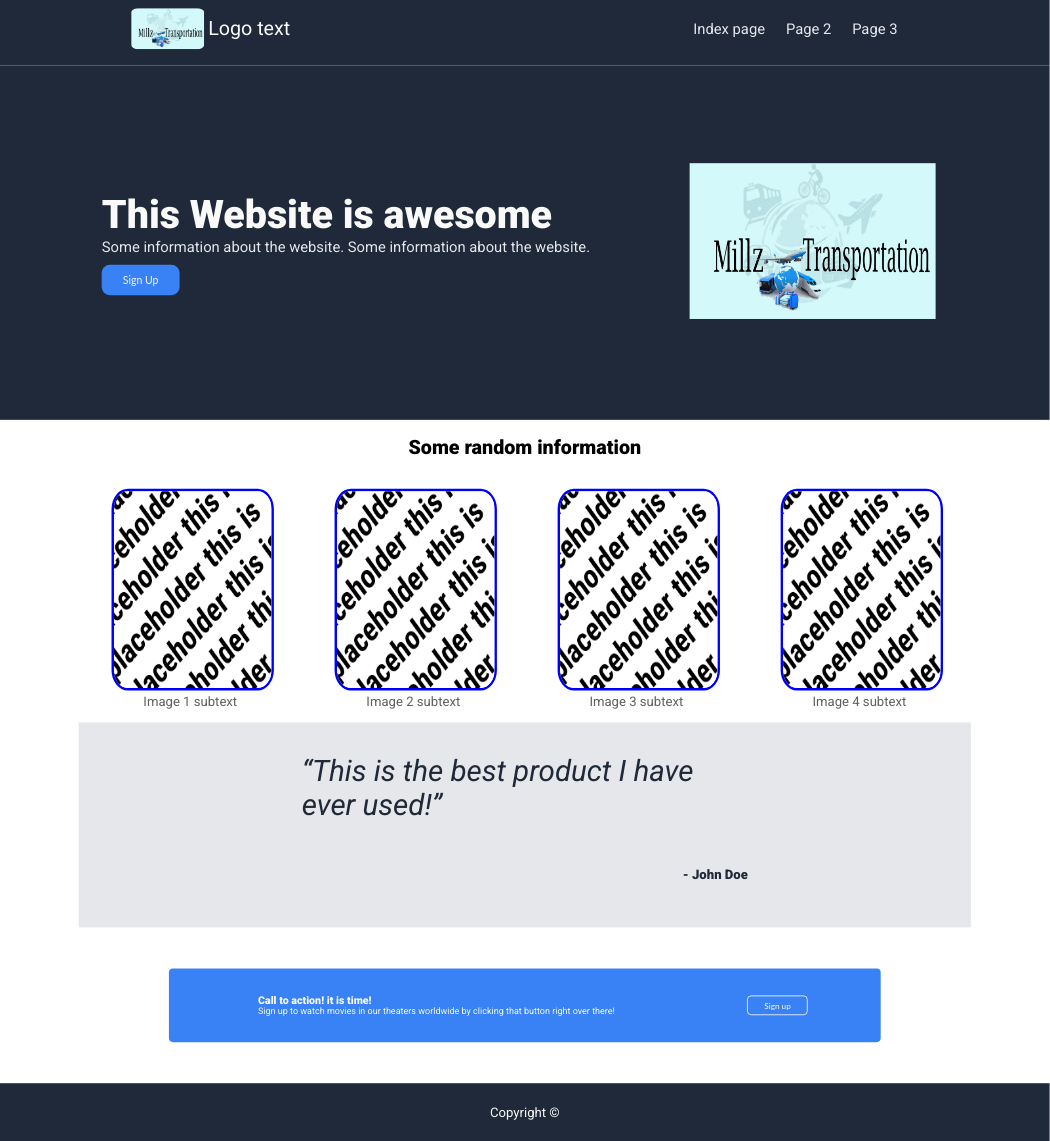
Repository: MikkyPrestige/css-assignment
Page: index.html
An editor plug-in stored every save of this project. The page is shown before and after the next save, followed by the edit.
The browser window is 1280 px wide. The pictures show the whole page, at 82% of full size.

Above is the page before, as saved 2023-04-27 03:14:39.

### index.html
<!DOCTYPE html>
<html lang="en">

<head>
  <meta charset="UTF-8">
  <meta http-equiv="X-UA-Compatible" content="IE=edge">
  <meta name="viewport" content="width=device-width, initial-scale=1.0">
  <link rel="stylesheet" href="./styles/index.css">
  <title>Assignment</title>
</head>

<body>
  <header>
    <div class="header">
      <div class="header-logo">
        <img src="./images/TransportationIcon3.jpg" alt="Company logo">
        <p>Logo text</p>
      </div>
      <nav>
        <a class="header-link" href="./index.html">Index page</a>
        <a class="header-link" href="./pages/extraPage1.html">Page 2</a>
        <a class="header-link" href="./pages/extraPage2.html">Page 3</a>
      </nav>
    </div>
  </header>

  <main>
    <!-- Claimed by Ashley -->
    <div class="Section_1">
      <div class="Header_body">
        <div class="Header_content">
          <div class="Header_title">
            This Website is awesome
          </div>
          <div class="Header_text">
            Some information about the website. Some information about the website.
          </div>
          <button class="Header_btn">Sign Up</button>
        </div>
        <figure class="Header_image">
          <img class="headerImage" src="./images/TransportationIcon3.jpg" alt="icon" >
        </figure>
      </div>
    </div>

    <!-- Claimed by Owen -->
    <div id="Section2">
      <h2>Some random information</h2>
      <div class="flex-image-container">
        <figure class="main-image">
          <img src="./images/placeholder1.png" alt="placeholder">
          <figcaption>Image 1 subtext</figcaption>
        </figure>
        <figure class="main-image">
          <img src="./images/placeholder1.png" alt="placeholder">
          <figcaption>Image 2 subtext</figcaption>
        </figure>
        <figure class="main-image">
          <img src="./images/placeholder1.png" alt="placeholder">
          <figcaption>Image 3 subtext</figcaption>
        </figure>
        <figure class="main-image">
          <img src="./images/placeholder1.png" alt="placeholder">
          <figcaption>Image 4 subtext</figcaption>
        </figure>
      </div>

    </div>

    <!-- Claimed by Alex -->
    <section class="section-3">
      <Selection class="review-slider">
        <div class="review-container">
          <div class="review">
            <q class="review-text">This is the best product I have ever used!</q>
            <p class="review-author">- John Doe</p>
          </div>

          <div class="review">
            <q class="review-text">I love this product! It has made my life so much easier.</q>
            <p class="review-author">- Jane Smith</p>
          </div>

          <div class="review">
            <q class="review-text">I highly recommend this product to anyone.</q>
            <p class="review-author">- Tom Johnson</p>
          </div>

          <div class="review">
            <q class="review-text">This is the best product I have ever used!</q>
            <p class="review-author">- John Doe 2</p>
          </div>

          <div class="review">
            <q class="review-text">I love this product! It has made my life so much easier.</q>
            <p class="review-author">- Jane Smith 2</p>
          </div>

          <div class="review">
            <q class="review-text">I highly recommend this product to anyone.</q>
            <p class="review-author">- Tom Johnson 2</p>
          </div>
        </div>
      </Selection>
    </section>

    <section class="section4">
      <div class="section4-wrapper">
        <div class="section4-cta">
          <h2 class="section4-cta__title">Call to action! it is time!</h2>
          <p class="section4-cta__subtitle">Sign up to watch movies in our theaters worldwide by clicking
            that button right over there!
          </p>
        </div>
        <button class="section4-cta__btn">Sign up</button>
      </div>
    </section>
  </main>

  <footer>
    <div class="footer">
      <p>Copyright &copy</p>
    </div>
  </footer>
</body>

</html>

### styles/index.css
@import url('https://fonts.googleapis.com/css2?family=Roboto:ital,wght@0,400;0,900;1,400&display=swap');

/*  CSS variables defined here and referenced using var(--varName).
    Note: name must have '--' prefix */
:root {
  --review-count: 6;
}

body {
  font-family: 'Roboto', sans-serif;
  margin: 0;
}

/* CSS for page header */
header {
  padding-top: 10px;
  padding-bottom: 20px;
  background-color: #1F2939;
}

.header {
  margin: auto;
  height: 50px;
  width: 75%;
  display: flex;
  justify-content: space-between;
}

@media (max-width: 800px) {
  .header {
    flex-direction: column;
    align-items: center;
    height: 100px;
  }
}

.header nav {
  width: 300px;
  display: flex;
  justify-content: space-evenly;
}

.header-logo {
  display: flex;
  height: 100%;
  align-items: center;
}

@media (max-width: 800px) {
  .header-logo {
    height: 65%;
  }
}

.header-logo img {
  height: 100%;
  border-radius: 10%;
}

.header-logo p {
  padding-left: 5px;
  font-size: 24px;
  color: #F9FAF8;
}

.header-link {
  font-size: 18px;
  color: #E5E7EB;
  align-self: center;
}

.header-link:link {
  text-decoration: none;
}

.header-link:visited {
  text-decoration: none;
}

.header-link:hover {
  text-decoration: underline;
}

.header-link:active {
  text-decoration: none;
}

/*Css for Section 1 of the index */

.Section_1 {
  background-color: #1F2939;
  padding-left: 2%;
}

h1 {
  font-size: 24px;
  color: #F9FAF8;
}

.Header_body {
  display: flex;
  justify-content: center;
	align-items: center;
	gap: 50px;
	height: 60vh;
}

.Header_content {
	flex-basis: 50%;
}

.Header_title {
  font-size: 48px;
  color: #F9FAF8;
  font-weight: 800;
}

.Header_text {
  font-size: 18px;
  color: #E5E7EB;
  padding-bottom: 2%
}

.Header_btn {
  padding: .8em 2em;
  border-radius: 10px;
  border: none;
  background-color: #3882F6;
  color: whitesmoke;
  font-family: 'Lato', sans-serif;
  font-size: .8em;
}

.Header_image {
	/* flex-basis: 50%; */
	/* display: flex;
	justify-content: center;
	align-items: center; */
}
.headerImage {
  height: 190px;
  width: 300px;
  padding-right: 10%;
}

/* Css for Section 2 of the index */
#Section2 {
  text-align: center;
  width: 75%;
  margin: auto;
}

.flex-image-container {
  display: flex;
  flex-direction: row;
  flex-wrap: nowrap;
  justify-content: center;
  align-items: stretch;
  align-content: center;
}

@media (max-width: 800px) {
  .flex-image-container {
    flex-direction: column;
  }
}

.main-image {
  min-width: 20%;
}

.main-image img {
  width: 100%;
  height: 15em;
  border: 3px blue;
  border-style: solid;
  border-radius: 10%;
}

.main-image figcaption {
  color: #5e5f61;
}

/* CSS for section 3 of index */
.section-3 {
  height: 250px;
  width: 85%;
  background-color: #E5E7EB;
  display: flex;
  justify-content: center;
  align-items: center;
  margin: auto;
}

/* Automatic slideshow */
.review-slider {
  position: relative;
  margin: auto;
  width: 50%;
  height: 100%;
  overflow: hidden;
}

@media (max-width: 800px) {
  .review-slider {
    width: 75%;
  }
}

.review-slider .review-container {
  position: absolute;
  width: calc(100% * var(--review-count));
  height: 100%;
  top: 0;
  left: 0;
  overflow: hidden;
  animation: slider 26s infinite;
}

.review-slider .review-container .review {
  position: relative;
  width: calc(100% / var(--review-count));
  height: 100%;
  display: flex;
  flex-direction: column;
  justify-content: space-evenly;
  float: left;
  overflow: hidden
}

.review-text {
  font-size: 36px;
  font-weight: 300;
  font-style: italic;
  color: #1F2937;
}

.review-author {
  font-weight: bold;
  color: #1F2937;
  align-self: end;
}

.section4 {
  height: 100%;
  width: 100%;
  padding: 50px 0;
}

.section4-wrapper {
  display: flex;
  justify-content: space-around;
  align-items: center;
  width: 60%;
  background-color: #3882F6;
  margin: 0 auto;
  padding: 0 50px;
  border-radius: 5px;
  -webkit-border-radius: 5px;
  -moz-border-radius: 5px;
  -ms-border-radius: 5px;
  -o-border-radius: 5px;
}

.section4-cta {
  flex-basis: 65%;
  padding: 20px;
}

.section4-cta__title {
  font-size: 13px;
  color: #F9FAF8;
}

.section4-cta__subtitle {
  font-size: 11px;
  color: #F9FAF8;
  margin-top: -10px;
}

.section4-cta__btn {
  padding: 5px 20px;
  border-radius: 5px;
  border: 1px solid #F9FAF8;
  background-color: #3882F6;
  color: #F9FAF8;
  font-family: 'Lato', sans-serif;
  font-size: 10px;
}

@media screen and (max-width: 600px) {
  .section4-wrapper {
    flex-direction: column;
    width: 50%;
    padding: 10px 0;
  }

  .section4-cta {
    flex-basis: 100%;
  }

  .section4-cta__title {
    font-size: 10px;
  }

  .section4-cta__subtitle {
    font-size: 8px;
    margin-top: -5px;
    line-height: 12px;
  }
}

@keyframes slider {

  0%,
  25%,
  100% {
    left: 0
  }

  30%,
  55% {
    left: -100%
  }

  60%,
  85% {
    left: -200%
  }
}

/* CSS for page footer */
footer {
  padding-top: 10px;
  padding-bottom: 10px;
  color: #F9FAF8;
  background-color: #1F2939;
}

.footer {
  margin: auto;
  width: 75%;
  text-align: center;
}

After the next save:
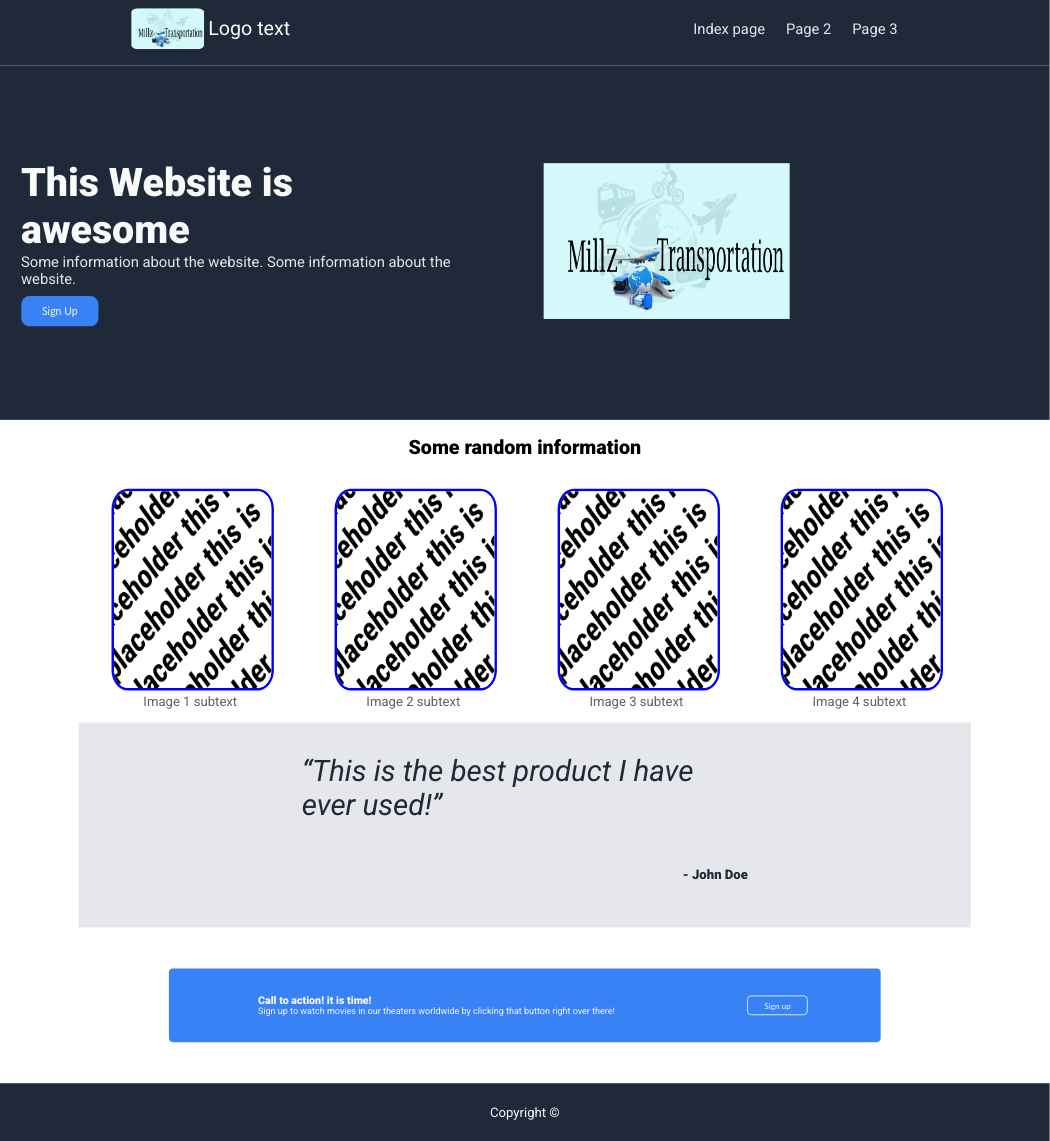
Saved 57 s later.
--- a/styles/index.css
+++ b/styles/index.css
@@ -106,7 +106,7 @@
 }
 
 .Header_content {
-	flex-basis: 50%;
+	flex-grow: 1;
 }
 
 .Header_title {
@@ -132,11 +132,9 @@
 }
 
 .Header_image {
-	/* flex-basis: 50%; */
-	/* display: flex;
-	justify-content: center;
-	align-items: center; */
-}
+	flex-basis: 50%;
+}
+
 .headerImage {
   height: 190px;
   width: 300px;
